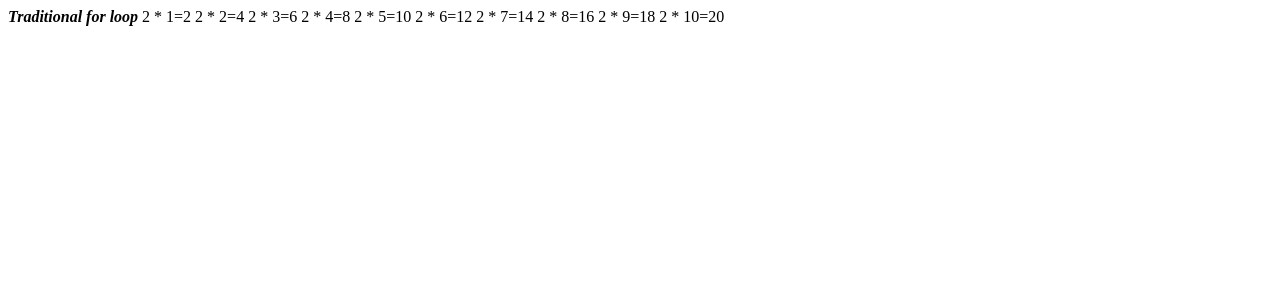
Repository: shaikrasool-java/Servlets
Page: http://localhost/JSTLCoreApp/ex9.jsp
The author's editor kept a copy of each file at every save. The page is drawn from the files as they stood at one save, then again after the next save.
The browser window is 1280 px wide. The pictures show the whole page.
The page is served by Tomcat 9.

Above is the page before, as saved 2016-06-25 12:40:55.

### Notes/NTAj53/JSTLCoreApp/WebContent/ex9.jsp
<%@taglib uri="http://java.sun.com/jsp/jstl/core"   prefix="c"%>

<b> <i> Traditional for loop</i></b>
<c:forEach var="i" begin="1" end="10" step="1">
  <c:out value="2 * ${i}=${2*i}"/>
</c:forEach>

After the next save:
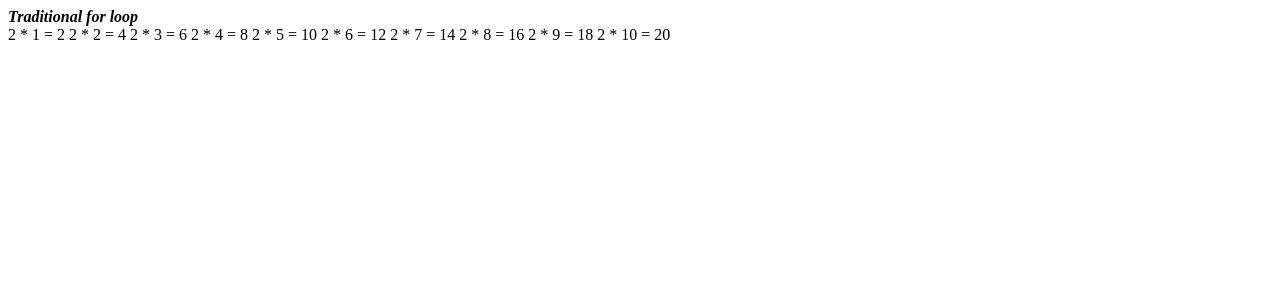
Saved 12 s later.
--- a/Notes/NTAj53/JSTLCoreApp/WebContent/ex9.jsp
+++ b/Notes/NTAj53/JSTLCoreApp/WebContent/ex9.jsp
@@ -1,6 +1,6 @@
 <%@taglib uri="http://java.sun.com/jsp/jstl/core"   prefix="c"%>
 
-<b> <i> Traditional for loop</i></b>
+<b> <i> Traditional for loop</i></b> <br>
 <c:forEach var="i" begin="1" end="10" step="1">
-  <c:out value="2 * ${i}=${2*i}"/>
+  <c:out value="2  *  ${i} = ${2*i} "/>
 </c:forEach>
